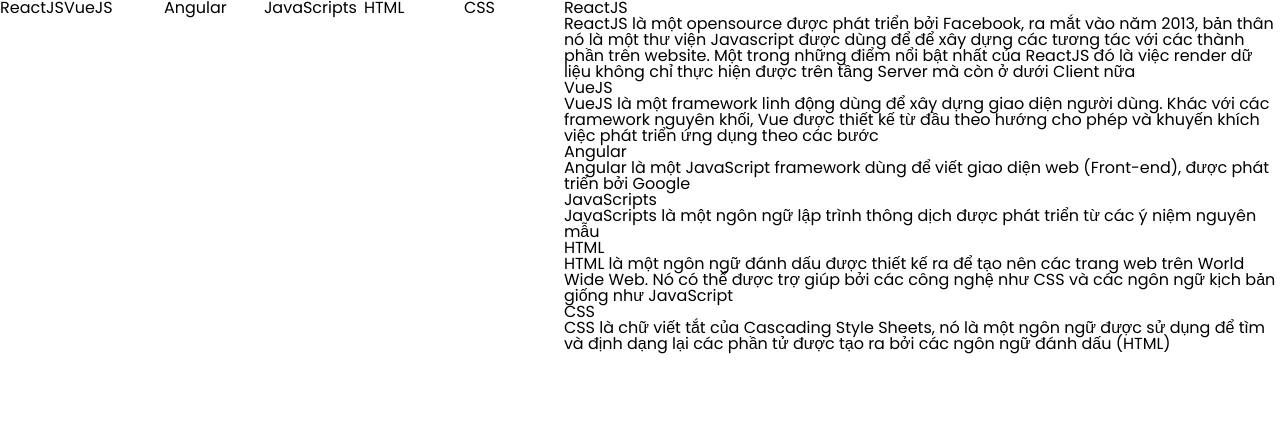
Repository: HoangLong0210/TabsUI
Page: index.html
An editor plug-in stored every save of this project. The page is shown before and after the next save, followed by the edit.
The browser window is 1280 px wide. The pictures show the whole page.

Above is the page before, as saved 2022-05-16 11:15:36.

After the next save:
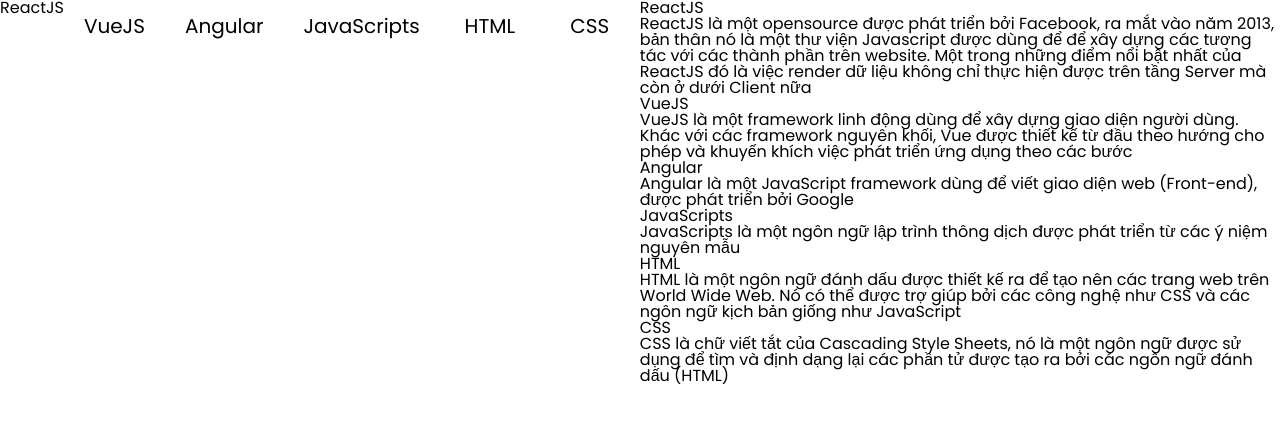
Saved 51 s later.
--- a/style.css
+++ b/style.css
@@ -32,4 +32,7 @@
 
 .tab__item {
     min-width: 10rem;
+    padding: 16px 20px 10px 20px;
+    font-size: 2rem;
+    text-align: center;
 }
